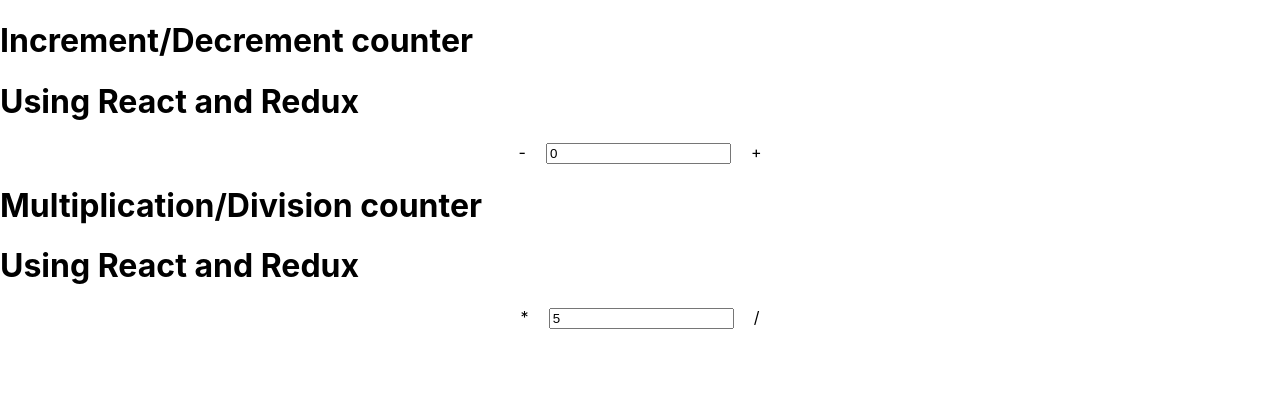
Repository: HiteshKumarMeghwar/react-redux-learning
Page: / (app in react-redux/)
These files come from the project's save history. The page is drawn as it stood at one moment and after the next save; the edit follows.
The browser window is 1280 px wide. The pictures show the whole page.
The project was rebuilt for these pictures with package versions that can differ from the ones it lists, and the page was loaded fresh each time.

Above is the page before, as saved 2023-03-13 13:31:02.

### react-redux/src/index.js
import React from 'react';
import ReactDOM from 'react-dom/client';
import './index.css';
import App from './App';
import reportWebVitals from './reportWebVitals';
import store from './store';
import { Provider } from 'react-redux';

store.subscribe(()  => console.log(store.getState()));

const root = ReactDOM.createRoot(document.getElementById('root'));
root.render(
  <React.StrictMode>
    <Provider store={store}>
      <App />
    </Provider>
  </React.StrictMode>
);

// If you want to start measuring performance in your app, pass a function
// to log results (for example: reportWebVitals(console.log))
// or send to an analytics endpoint. Learn more: https://bit.ly/CRA-vitals
reportWebVitals();

### react-redux/src/App.js
import React from 'react'
import './App.css'
import { useSelector, useDispatch } from 'react-redux';
import {incNumber, decNumber, multNumber, divNumber} from './actions/index';

const App = () => {
  const myState = useSelector((state) => state.changeTheNumber);
  const myState2 = useSelector((state) => state.mulDivTheNumber);
  const dispatch = useDispatch();
  return (
    <>
      <div className='container'>
        <h1>Increment/Decrement counter</h1>
        <h1>Using React and Redux</h1>

        <div className='quantity'>
          <a className='quantity_minus' title='Decrement'
            onClick={() => dispatch(decNumber())}
          ><span>-</span></a>
          <input name='quantity' type='text' className='quantity_input' value={myState} />
          <a className='quantity_plus' title='Increment'
            onClick={() => dispatch(incNumber())}
          ><span>+</span></a>
        </div>
      </div>
      <div className='container my-3'>
        <h1>Multiplication/Division counter</h1>
        <h1>Using React and Redux</h1>

        <div className='quantity'>
          <a className='quantity_minus' title='Decrement'
            onClick={() => dispatch(multNumber(5))}
          ><span>*</span></a>
          <input name='quantity' type='text' className='quantity_input' value={myState2} />
          <a className='quantity_plus' title='Increment'
            onClick={() => dispatch(divNumber())}
          ><span>/</span></a>
        </div>
      </div>
    </>
  )
}

export default App

### react-redux/src/store.js
import { createStore } from "redux";
import rootReducer from "./reducers/index";


const store = createStore(rootReducer, window.__REDUX_DEVTOOLS_EXTENSION__ && window.__REDUX_DEVTOOLS_EXTENSION__());

export default store;

### react-redux/src/App.css
.quantity{
  text-align: center;
}

.quantity_minus{
  /* background-color: green; */
}
.quantity_minus span {
  padding-right: 20px;
}
.quantity_plus{
  /* background-color: blue; */
}
.quantity_plus span {
  padding-left: 20px;
}

### react-redux/src/actions/index.js
export const incNumber = () => {
    return {
        type: "INCREMENT"
    }
}

export const decNumber = () => {
    return {
        type: "DECREMENT"
    }
}

export const multNumber = (num) => {
    return {
        type: "MULT",
        payload: num
    }
}

export const divNumber = () => {
    return {
        type: "DIV"
    }
}

### react-redux/src/reducers/index.js
import { combineReducers } from 'redux';
import changeTheNumber from "./incDec";
import mulDivTheNumber from "./mulDiv";

const rootReducer = combineReducers({
    changeTheNumber,
    mulDivTheNumber,
});

export default rootReducer;

### react-redux/src/reducers/incDec.js
const initialState = 0;

const changeTheNumber = (state = initialState, action) => {
    switch(action.type) {
        case "INCREMENT": return state + 5;
        case "DECREMENT": return state - 1;
        default: return state;
    }

}

export default changeTheNumber;

### react-redux/src/reducers/mulDiv.js
const initialState = 5;

const mulDivTheNumber = (state = initialState, action) => {
    switch(action.type) {
        case "MULT": return state * action.payload;
        case "DIV": return state / 5;
        default: return state;
    }

}

export default mulDivTheNumber;

Loaded but not shown: react-redux/public/index.html (common file); react-redux/src/index.css (common file); react-redux/src/reportWebVitals.js (common file)

After the next save:
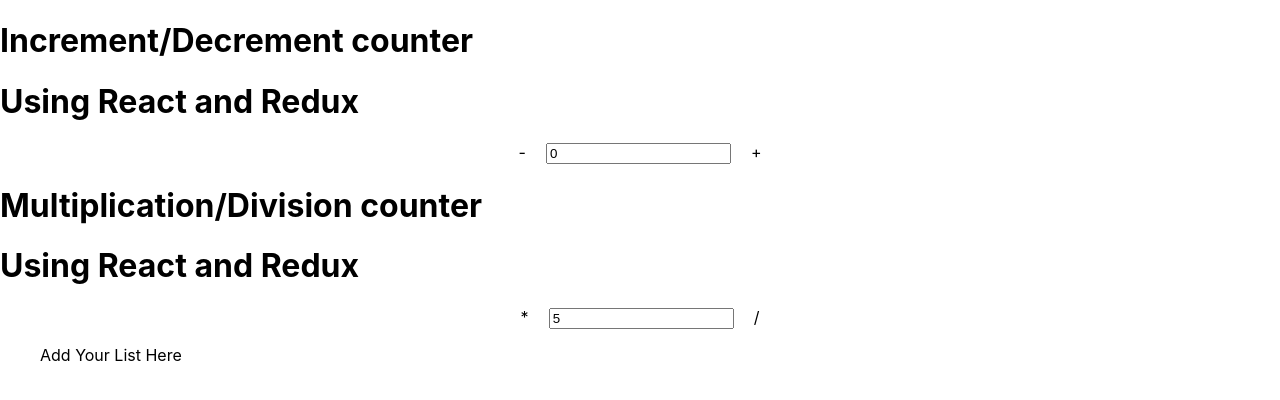
Saved 20 h 54 min later.
--- a/react-redux/src/App.js
+++ b/react-redux/src/App.js
@@ -37,6 +37,17 @@
           ><span>/</span></a>
         </div>
       </div>
+
+      <div className='main-div'>
+        <div className='child-div'>
+          <figure>
+            <figcaption>Add Your List Here</figcaption>
+          </figure>
+          <div>
+
+          </div>
+        </div>
+      </div>
     </>
   )
 }
